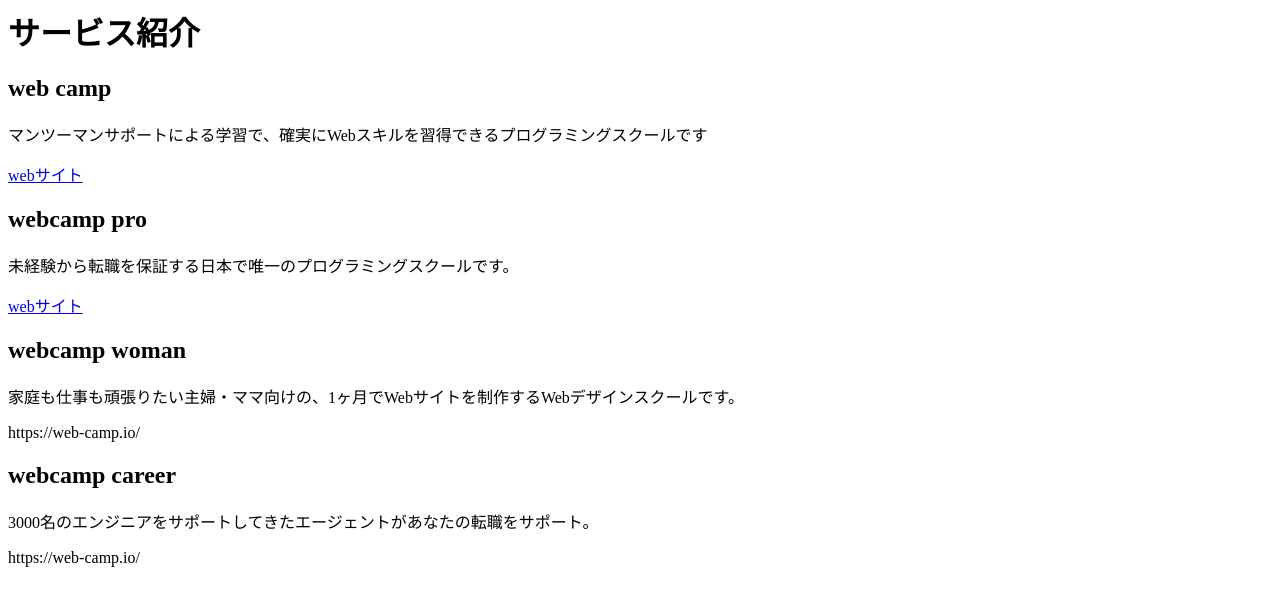
Repository: artD07/-1
Page: sample/sample.html
The author's editor kept a record of every edit. The page is drawn from the files as they stood at one moment, then again after the next edit.
The browser window is 1280 px wide. The pictures show the whole page.

Above is the page before.

### sample/sample.html
<! DOCTYPE HTML>
<html lang="ja"
<head>
   <meta charset="UTF-8" />
    <title>２章演習</title>

    <h1>サービス紹介</h1>
    <h2>web camp</h2>
    <p>マンツーマンサポートによる学習で、確実にWebスキルを習得できるプログラミングスクールです</p>
    <a href="https://web-camp.io">webサイト</a>
    <h2>webcamp pro</h2>
    <p>未経験から転職を保証する日本で唯一のプログラミングスクールです。</p>
    <a href="https://web-camp.io/commit/">webサイト</a>
    <h2>webcamp woman</h2>
    <p>家庭も仕事も頑張りたい主婦・ママ向けの、1ヶ月でWebサイトを制作するWebデザインスクールです。</p>
    <a>https://web-camp.io/</a>
    <h2>webcamp career</h2>
    <p>3000名のエンジニアをサポートしてきたエージェントがあなたの転職をサポート。</p>
    <a>https://web-camp.io/</a>
</head>

After the next edit:
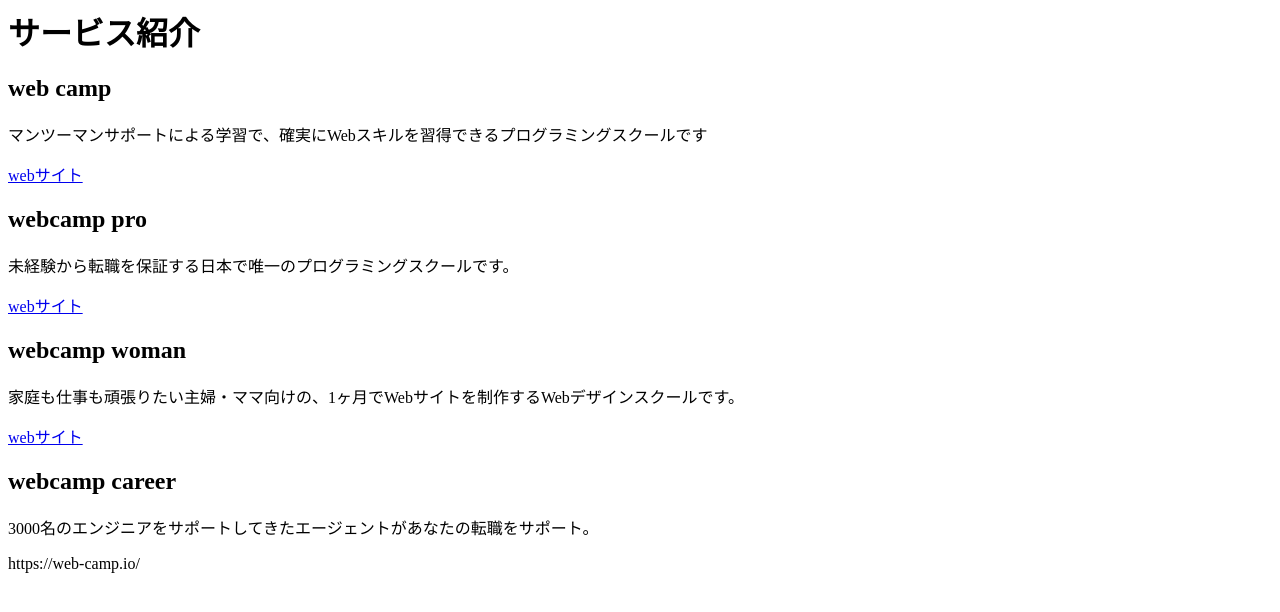
The edit:
--- a/sample/sample.html
+++ b/sample/sample.html
@@ -13,7 +13,7 @@
     <a href="https://web-camp.io/commit/">webサイト</a>
     <h2>webcamp woman</h2>
     <p>家庭も仕事も頑張りたい主婦・ママ向けの、1ヶ月でWebサイトを制作するWebデザインスクールです。</p>
-    <a>https://web-camp.io/</a>
+    <a href="https://web-camp.io/">webサイト</a>
     <h2>webcamp career</h2>
     <p>3000名のエンジニアをサポートしてきたエージェントがあなたの転職をサポート。</p>
     <a>https://web-camp.io/</a>
